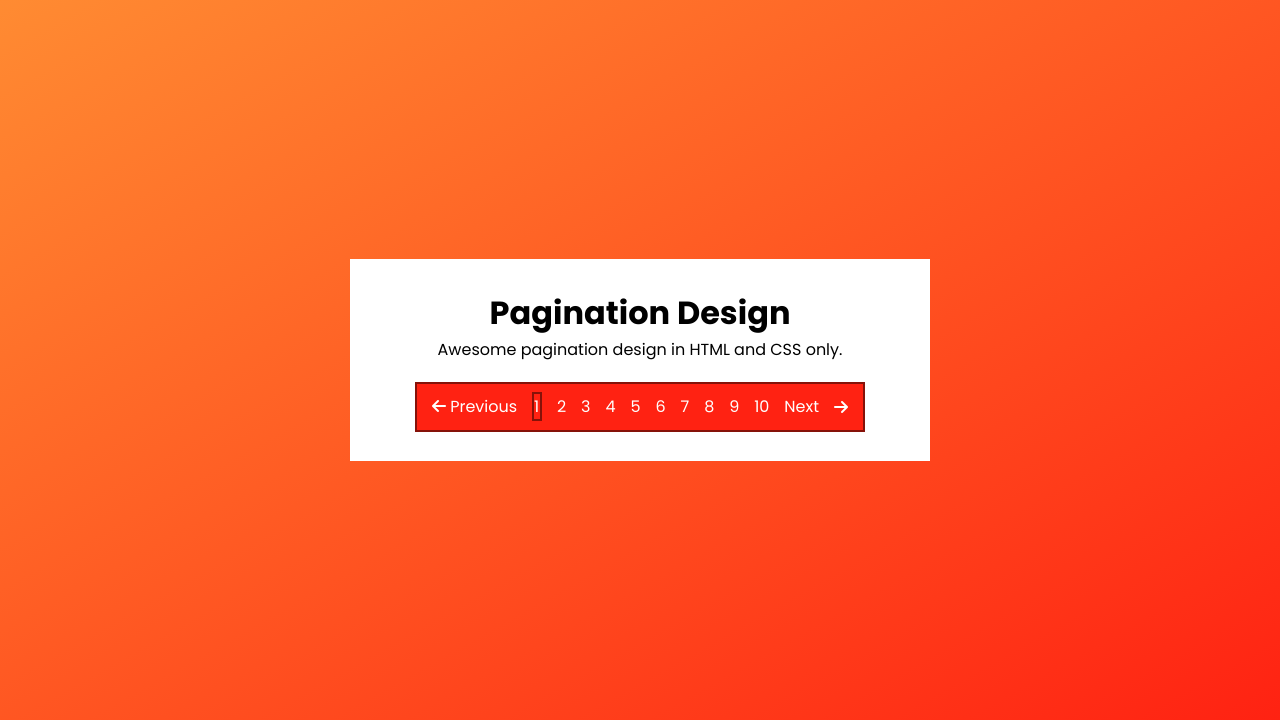
Repository: Ankitkr2021/Awesome-Pagination
Page: index.html
These files come from the project's save history. The page is drawn as it stood at one moment and after the next save; the edit follows.
The browser window is 1280 px wide. The pictures show the whole page.

Above is the page before, as saved 2025-10-02 09:07:54.

After the next save:
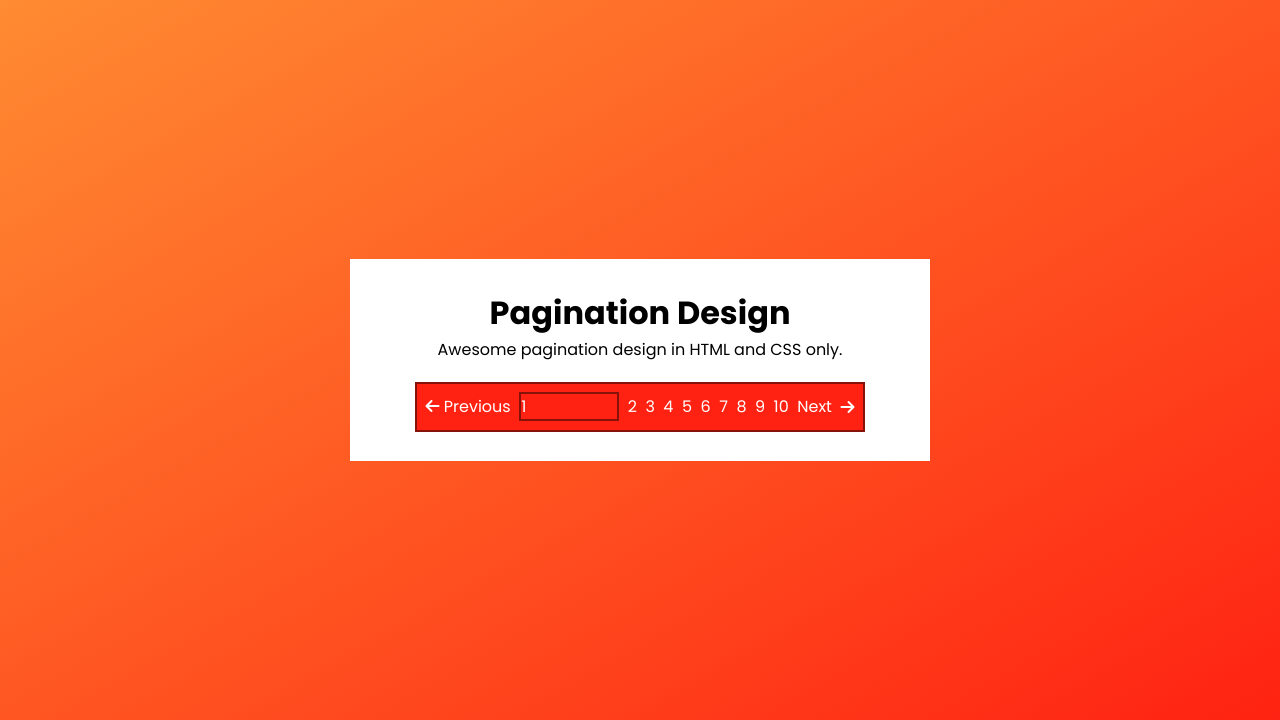
Saved 7 s later.
--- a/index.html
+++ b/index.html
@@ -13,7 +13,7 @@
         <p>Awesome pagination design in HTML and CSS only.</p>
         <div class="box">
              <div><i class="fas fa-arrow-left"></i> Previous</div>
-            <div style="width: 10px; border: 2px solid rgba(0, 0, 0, 0.475);">1</div>
+            <div style="width: 100px; border: 2px solid rgba(0, 0, 0, 0.475);">1</div>
             <div>2</div>
             <div>3</div>
             <div>4</div>
